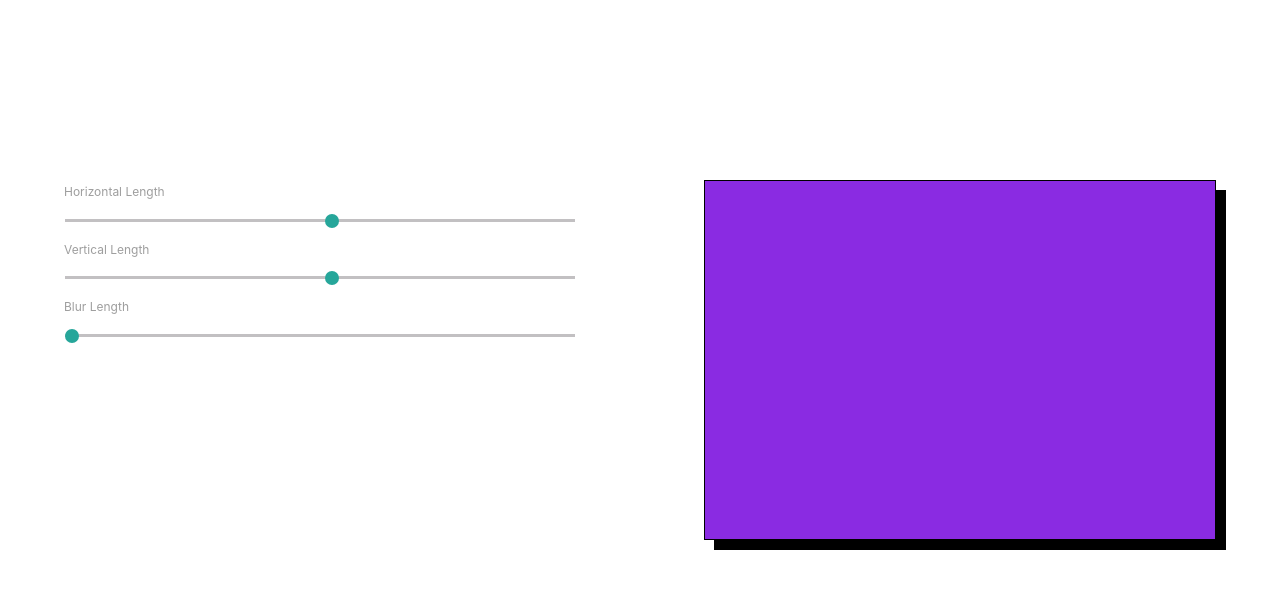
Repository: imrvj/Box-Shadow
Page: /
An editor plug-in stored every save of this project. The page is shown before and after a run of saves, followed by the edit.
The browser window is 1280 px wide. The pictures show the whole page.
The project was rebuilt for these pictures with package versions that can differ from the ones it lists, and the page was loaded fresh each time.

Above is the page before, as saved 2020-02-19 23:31:04.

### public/index.html
<!DOCTYPE html>
<html lang="en">
  <head>
    <meta charset="utf-8" />
    <link rel="icon" href="%PUBLIC_URL%/favicon.ico" />
    <meta name="viewport" content="width=device-width, initial-scale=1" />
    <meta name="theme-color" content="#000000" />
    <meta
      name="description"
      content="Web site created using create-react-app"
    />
    <link rel="apple-touch-icon" href="%PUBLIC_URL%/logo192.png" />
    <!--
      manifest.json provides metadata used when your web app is installed on a
      user's mobile device or desktop. See https://developers.google.com/web/fundamentals/web-app-manifest/
    -->
    <link rel="manifest" href="%PUBLIC_URL%/manifest.json" />
    <!--
      Notice the use of %PUBLIC_URL% in the tags above.
      It will be replaced with the URL of the `public` folder during the build.
      Only files inside the `public` folder can be referenced from the HTML.

      Unlike "/favicon.ico" or "favicon.ico", "%PUBLIC_URL%/favicon.ico" will
      work correctly both with client-side routing and a non-root public URL.
      Learn how to configure a non-root public URL by running `npm run build`.
    -->
    <!-- Compiled and minified CSS -->
    <link rel="stylesheet" href="https://cdnjs.cloudflare.com/ajax/libs/materialize/1.0.0/css/materialize.min.css">

    <title>React App</title>
  </head>
  <body>
    <noscript>You need to enable JavaScript to run this app.</noscript>
    <div id="root"></div>
    <!--
      This HTML file is a template.
      If you open it directly in the browser, you will see an empty page.

      You can add webfonts, meta tags, or analytics to this file.
      The build step will place the bundled scripts into the <body> tag.

      To begin the development, run `npm start` or `yarn start`.
      To create a production bundle, use `npm run build` or `yarn build`.
    -->
       <!-- Compiled and minified JavaScript -->
       <script src="https://cdnjs.cloudflare.com/ajax/libs/materialize/1.0.0/js/materialize.min.js"></script>

  </body>
</html>

### src/App.js
import React, { useState } from 'react';

import './App.css';

function App() {
  const [Hori, setHori] = useState(10)
  const [Veri, setVeri] = useState(10)
  const [Blur, setBlur] = useState(0)
  return (
    <div className="App">

      <div className="controls">
      <label>Horizontal Length</label>
      <input type="range"  min="-200" max="200" value={Hori} onChange={(e)=>setHori(e.target.value)}/>
      <label>Vertical Length</label>
      <input type="range"  min="-200" max="200" value={Veri} onChange={(e)=>setVeri(e.target.value)}/>
      <label>Blur Length</label>
      <input type="range"  min="0" max="200" value={Blur} onChange={(e)=>setBlur(e.target.value)}/>
     </div>
      <div className="output">
        <div className="Box" style={{boxShadow:`${Hori}px ${Veri}px ${Blur}px black`}}></div>
      </div>
    </div>
  );
}

export default App;

### src/App.css
.App
{
    display: flex;
    justify-content: space-around;
    height: 100vh;
    align-items: center;
}

.Box
{
    width: 40vw;
    height: 50vh;
    border: solid 1px black;
    background-color: blueviolet;
    color:white;
}

.controls
{
    width: 40vw;
    height: 50vh;
}

Loaded but not shown: src/index.js (common file); src/index.css (common file); src/serviceWorker.js (common file)

After the next 3 saves:
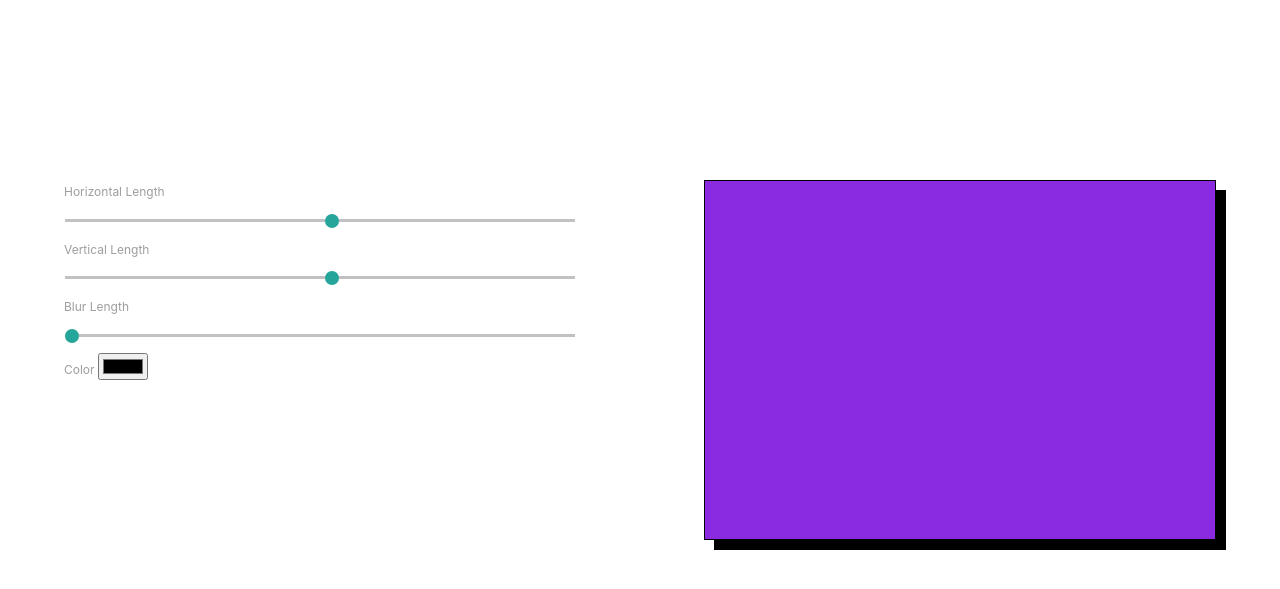
The 3 saves are shown as one change because 2 did not build or start.
The last was saved 2 min 39 s later.
--- a/src/App.js
+++ b/src/App.js
@@ -6,6 +6,7 @@ function App() {
   const [Hori, setHori] = useState(10)
   const [Veri, setVeri] = useState(10)
   const [Blur, setBlur] = useState(0)
+  const [Color, setColor] = useState("black")
   return (
     <div className="App">
 
@@ -16,6 +17,8 @@ function App() {
       <input type="range"  min="-200" max="200" value={Veri} onChange={(e)=>setVeri(e.target.value)}/>
       <label>Blur Length</label>
       <input type="range"  min="0" max="200" value={Blur} onChange={(e)=>setBlur(e.target.value)}/>
+      <label>Color </label>
+      <input type="color"  min="0" max="200" value={Color} onChange={(e)=>setColor(e.target.value)}/>
      </div>
       <div className="output">
         <div className="Box" style={{boxShadow:`${Hori}px ${Veri}px ${Blur}px black`}}></div>
